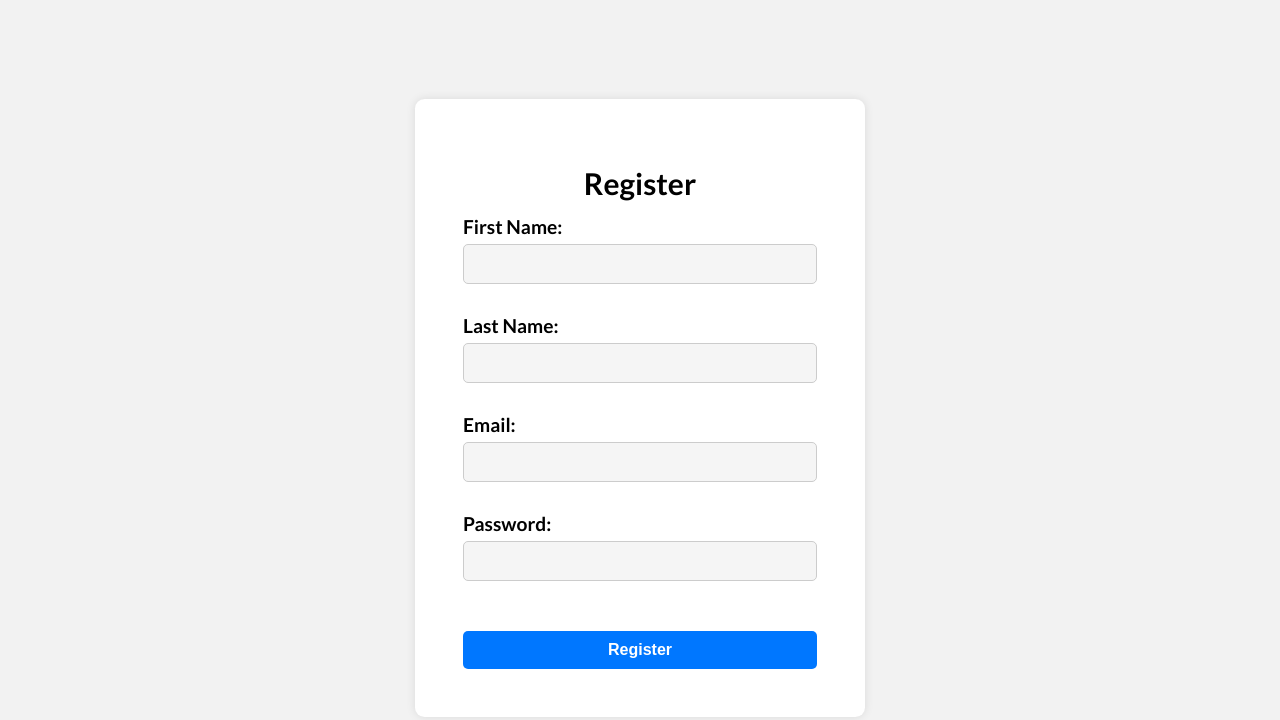
Repository: DannyMyles/iGammer
Page: /registration
An editor plug-in stored every save of this project. The page is shown before and after a run of saves, followed by the edit.
The browser window is 1280 px wide. The pictures show the whole page.
The project was rebuilt for these pictures with package versions that can differ from the ones it lists, and the page was loaded fresh each time. Also part of the build but not shown: src/components/footer/footer.css, src/components/footer/Footer.tsx, src/components/navbar/navbar.css, src/components/navbar/Navbar.tsx, src/pages/games/games.css, src/pages/games/Games.tsx, src/pages/home/home.css, src/pages/home/Home.tsx and 3 more.

Above is the page before, as saved 2023-03-16 11:18:41.

After the next 2 saves:
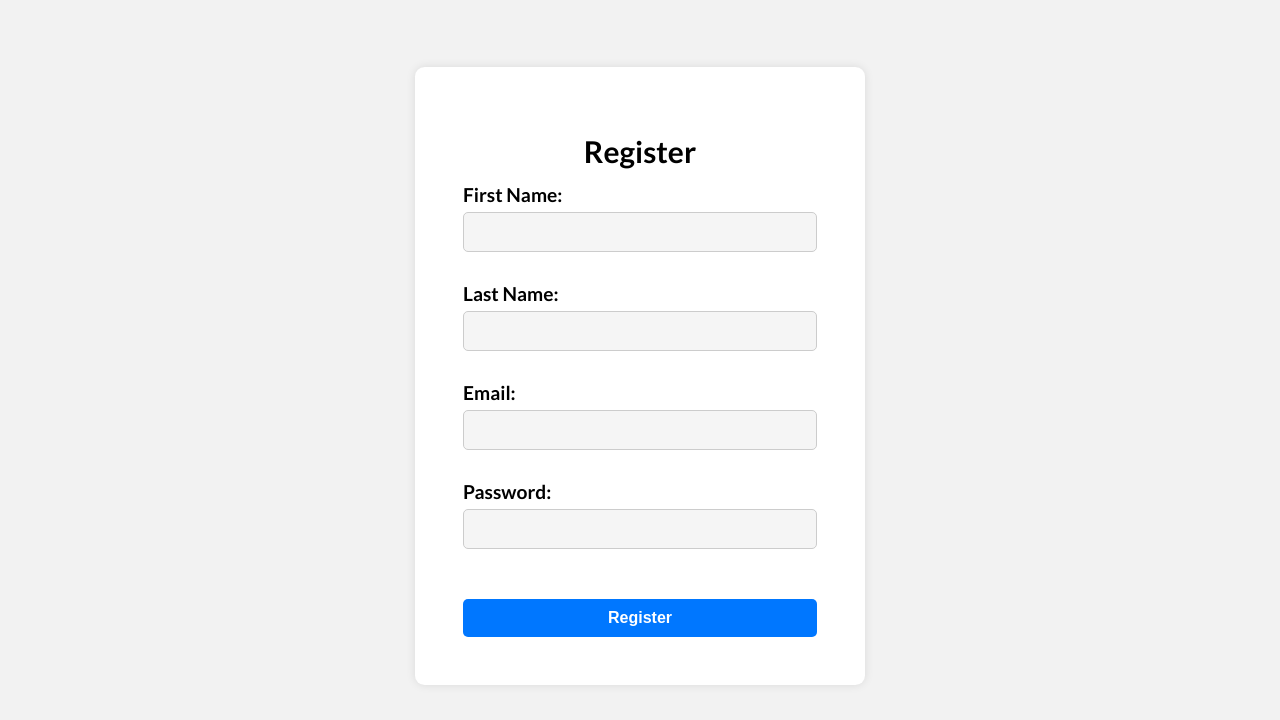
The 2 saves are shown as one change because they came seconds apart.
The last was saved 50 s later.
--- a/src/pages/register/register.css
+++ b/src/pages/register/register.css
@@ -9,7 +9,7 @@
     display: flex;
     flex-direction: column;
     align-items: center;
-    margin-top: 6rem;
+    margin-top: 2rem;
     width: 450px;
   }
 
